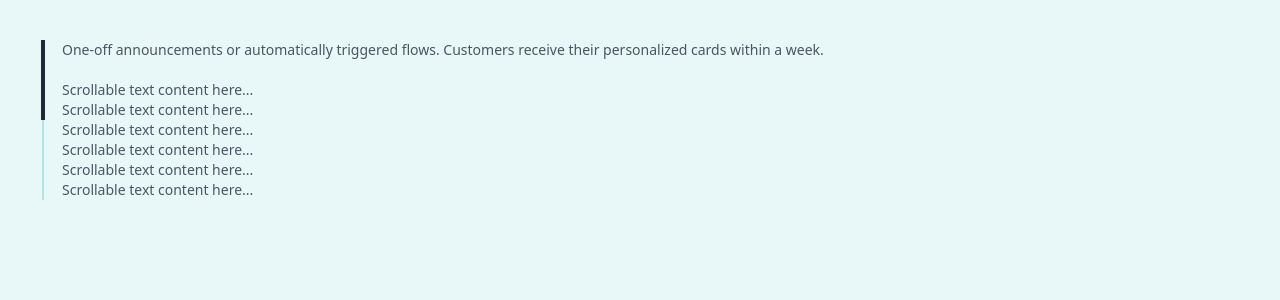
Repository: trusha97/postpilot
Page: scroll.html
An editor plug-in stored every save of this project. The page is shown before and after the next save, followed by the edit.
The browser window is 1280 px wide. The pictures show the whole page.
Some web libraries are served in a nearby version.

Above is the page before, as saved 2025-05-19 09:48:00.

### scroll.html
<!DOCTYPE html>
<html lang="en">
<head>
  <meta charset="UTF-8" />
  <meta name="viewport" content="width=device-width, initial-scale=1.0"/>
  <title>Scrolling Line with Paragraph</title>
  <script src="https://cdn.tailwindcss.com"></script>
  <style>
    .custom-scroll::-webkit-scrollbar {
      width: 4px;
    }
    .custom-scroll::-webkit-scrollbar-thumb {
      background-color: #94d3ce;
      border-radius: 4px;
    }
  </style>
</head>
<body class="bg-[#e8f8f8] p-10">

  <div class="flex space-x-4 h-40">
    <!-- Scrollable container for both line and text -->
    <div class="overflow-y-auto h-full flex space-x-4 custom-scroll w-full">

      <!-- Left scrollable line -->
      <div class="flex flex-col items-center min-w-[6px]">
        <div class="w-1 h-32 bg-gray-800"></div>
        <div class="w-0.5 h-32 bg-[#b2e4e4]"></div>
      </div>

      <!-- Scrollable text -->
      <div class="text-sm text-gray-600 pr-2 w-full">
        One-off announcements or automatically triggered flows. Customers receive their personalized cards within a week.
        <br /><br />
        Scrollable text content here... <br />
        Scrollable text content here... <br />
        Scrollable text content here... <br />
        Scrollable text content here... <br />
        Scrollable text content here... <br />
        Scrollable text content here... <br />
        Scrollable text content here... <br />
      </div>

    </div>
  </div>

</body>
</html>

After the next save:
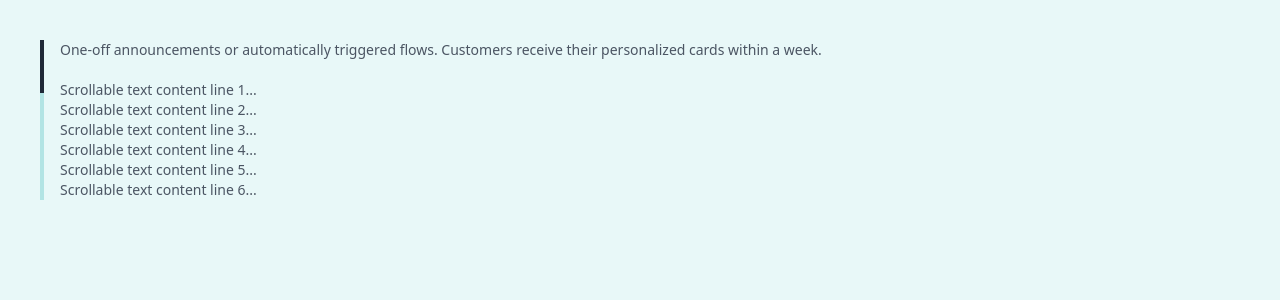
Saved 27 min 28 s later.
--- a/scroll.html
+++ b/scroll.html
@@ -3,7 +3,7 @@
 <head>
   <meta charset="UTF-8" />
   <meta name="viewport" content="width=device-width, initial-scale=1.0"/>
-  <title>Scrolling Line with Paragraph</title>
+  <title>Scroll With Line</title>
   <script src="https://cdn.tailwindcss.com"></script>
   <style>
     .custom-scroll::-webkit-scrollbar {
@@ -17,27 +17,33 @@
 </head>
 <body class="bg-[#e8f8f8] p-10">
 
-  <div class="flex space-x-4 h-40">
+  <!-- Outer fixed height container -->
+  <div class="flex h-40 space-x-4">
+
     <!-- Scrollable container for both line and text -->
-    <div class="overflow-y-auto h-full flex space-x-4 custom-scroll w-full">
+    <div class="flex overflow-y-auto custom-scroll w-full space-x-4">
 
-      <!-- Left scrollable line -->
-      <div class="flex flex-col items-center min-w-[6px]">
-        <div class="w-1 h-32 bg-gray-800"></div>
-        <div class="w-0.5 h-32 bg-[#b2e4e4]"></div>
+      <!-- Left line scrolls along -->
+      <div class="flex flex-col items-center">
+        <!-- Tall line that scrolls -->
+        <div class="w-1 bg-gray-800 h-32"></div>
+        <div class="w-1 bg-[#b2e4e4] h-64"></div>
       </div>
 
-      <!-- Scrollable text -->
+      <!-- Text content -->
       <div class="text-sm text-gray-600 pr-2 w-full">
         One-off announcements or automatically triggered flows. Customers receive their personalized cards within a week.
-        <br /><br />
-        Scrollable text content here... <br />
-        Scrollable text content here... <br />
-        Scrollable text content here... <br />
-        Scrollable text content here... <br />
-        Scrollable text content here... <br />
-        Scrollable text content here... <br />
-        Scrollable text content here... <br />
+        <br/><br/>
+        Scrollable text content line 1...<br/>
+        Scrollable text content line 2...<br/>
+        Scrollable text content line 3...<br/>
+        Scrollable text content line 4...<br/>
+        Scrollable text content line 5...<br/>
+        Scrollable text content line 6...<br/>
+        Scrollable text content line 7...<br/>
+        Scrollable text content line 8...<br/>
+        Scrollable text content line 9...<br/>
+        Scrollable text content line 10...<br/>
       </div>
 
     </div>

After the save that followed:
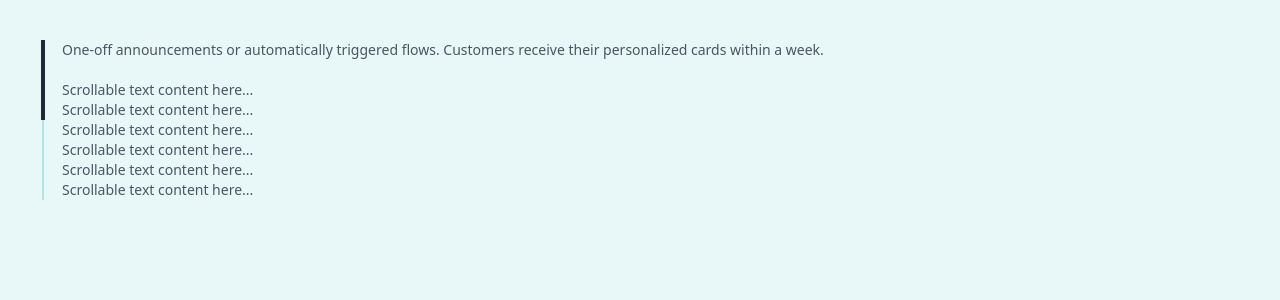
Saved 26 s later.
--- a/scroll.html
+++ b/scroll.html
@@ -3,7 +3,7 @@
 <head>
   <meta charset="UTF-8" />
   <meta name="viewport" content="width=device-width, initial-scale=1.0"/>
-  <title>Scroll With Line</title>
+  <title>Scrolling Line with Paragraph</title>
   <script src="https://cdn.tailwindcss.com"></script>
   <style>
     .custom-scroll::-webkit-scrollbar {
@@ -17,33 +17,27 @@
 </head>
 <body class="bg-[#e8f8f8] p-10">
 
-  <!-- Outer fixed height container -->
-  <div class="flex h-40 space-x-4">
+  <div class="flex space-x-4 h-40">
+    <!-- Scrollable container for both line and text -->
+    <div class="overflow-y-auto h-full flex space-x-4 custom-scroll w-full">
 
-    <!-- Scrollable container for both line and text -->
-    <div class="flex overflow-y-auto custom-scroll w-full space-x-4">
-
-      <!-- Left line scrolls along -->
-      <div class="flex flex-col items-center">
-        <!-- Tall line that scrolls -->
-        <div class="w-1 bg-gray-800 h-32"></div>
-        <div class="w-1 bg-[#b2e4e4] h-64"></div>
+      <!-- Left scrollable line -->
+      <div class="flex flex-col items-center min-w-[6px]">
+        <div class="w-1 h-32 bg-gray-800"></div>
+        <div class="w-0.5 h-32 bg-[#b2e4e4]"></div>
       </div>
 
-      <!-- Text content -->
+      <!-- Scrollable text -->
       <div class="text-sm text-gray-600 pr-2 w-full">
         One-off announcements or automatically triggered flows. Customers receive their personalized cards within a week.
-        <br/><br/>
-        Scrollable text content line 1...<br/>
-        Scrollable text content line 2...<br/>
-        Scrollable text content line 3...<br/>
-        Scrollable text content line 4...<br/>
-        Scrollable text content line 5...<br/>
-        Scrollable text content line 6...<br/>
-        Scrollable text content line 7...<br/>
-        Scrollable text content line 8...<br/>
-        Scrollable text content line 9...<br/>
-        Scrollable text content line 10...<br/>
+        <br /><br />
+        Scrollable text content here... <br />
+        Scrollable text content here... <br />
+        Scrollable text content here... <br />
+        Scrollable text content here... <br />
+        Scrollable text content here... <br />
+        Scrollable text content here... <br />
+        Scrollable text content here... <br />
       </div>
 
     </div>
